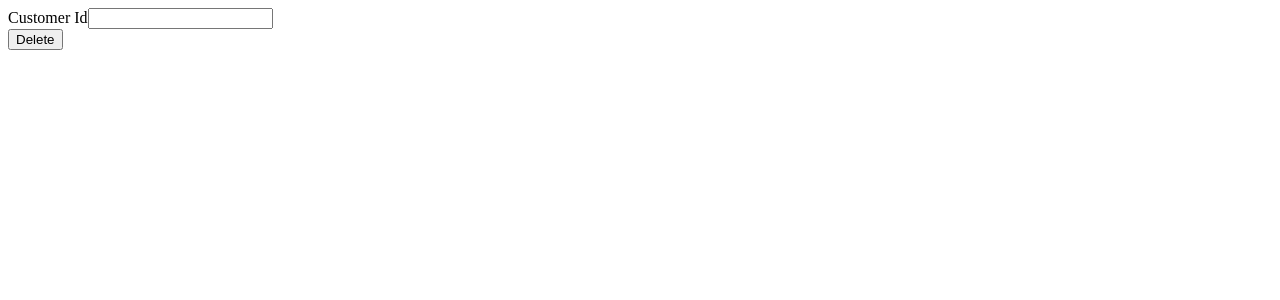
Repository: Mahesh2114/Project
Page: http://localhost/bms/delete.jsp
These files come from the project's save history. The page is drawn as it stood at one moment and after the next save; the edit follows.
The browser window is 1280 px wide. The pictures show the whole page.
The page is served by Tomcat 9.

Above is the page before, as saved 2021-12-08 12:59:06.

After the next save:
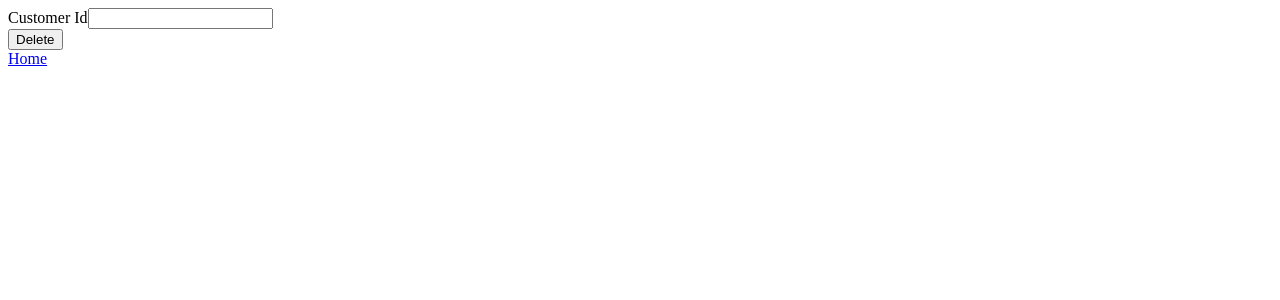
Saved 27 s later.
--- a/Project1/bms/src/main/webapp/delete.jsp
+++ b/Project1/bms/src/main/webapp/delete.jsp
@@ -15,6 +15,7 @@
 		<div>
 			<button type="submit">Delete</button>
 		</div>
+		<a href="home">Home</a>
 </form>
 </body>
 </html>
